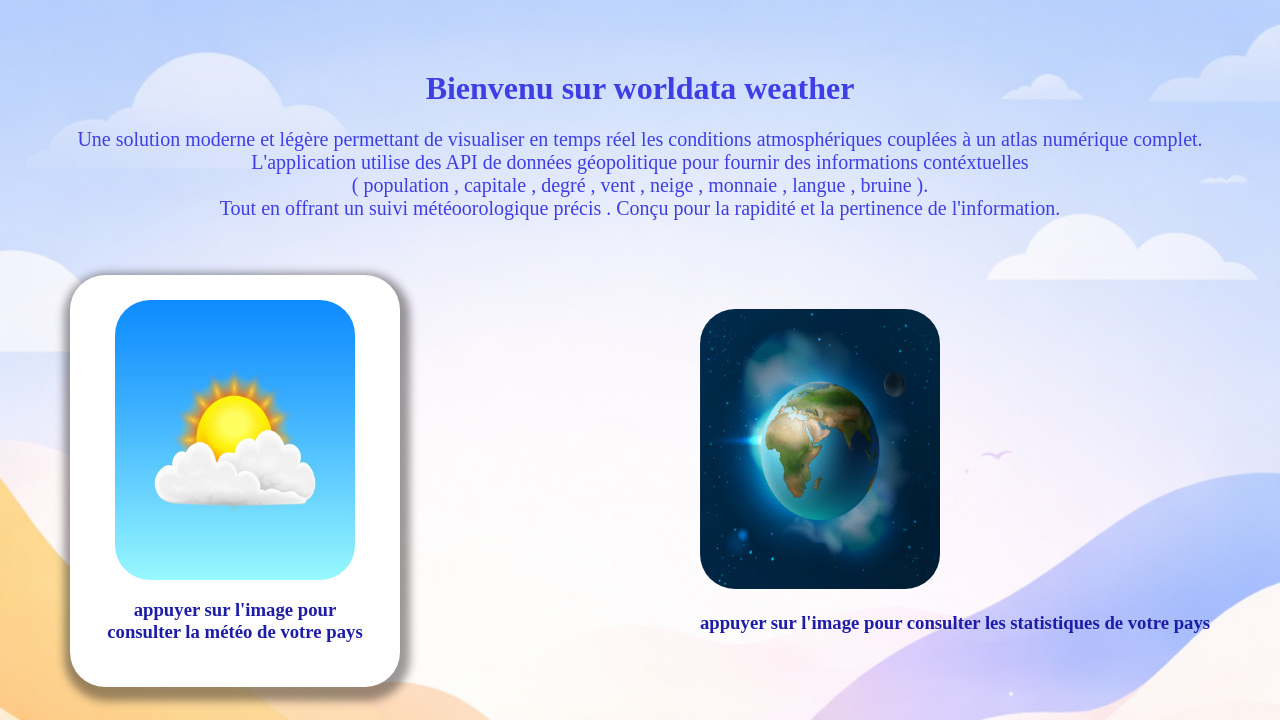
Repository: assanendao171/meteo
Page: index.html
These files come from the project's save history. The page is drawn as it stood at one moment and after the next save; the edit follows.
The browser window is 1280 px wide. The pictures show the whole page.

Above is the page before, as saved 2026-03-18 17:21:29.

### index.html
<!DOCTYPE html>
<html lang="en">
<head>
    <meta charset="UTF-8">
    <meta name="viewport" content="width=device-width, initial-scale=1.0">
    <title>Document</title>
    <link rel="stylesheet" href="style.css">
</head>
<body>
    <h1>Bienvenu sur worldata weather</h1>
    <p>Une solution moderne et légère permettant de visualiser en temps réel les conditions atmosphériques couplées à un atlas numérique
        complet. <br> L'application utilise des API de données géopolitique pour fournir des informations contéxtuelles <br>
        ( population , capitale , degré , vent , neige , monnaie , langue , bruine ). <br>
        Tout en offrant un suivi météoorologique précis . Conçu pour la rapidité et la  pertinence de l'information.
    </p>
    <div id="contain">
        <div id="img1">
            <img src="acceuil.jpg" alt="meteo">
<h3>appuyer sur l'image pour consulter la météo de votre pays</h3>
        </div>
        <div id="ima2">
<img src="18966224.jpg" alt="la terre">
<h3>appuyer sur l'image pour consulter les statistiques de votre pays</h3>


        </div>
    </div>
</body>
</html>

### style.css
body{
    background-image: url("fondacceuil.png");
    background-size: cover;
    background-repeat: no-repeat;
}
img{
    width: 240px;
    height: 280px;
    border-radius: 35px;
}
img:hover{
transform: scale(1.1);
transition: 1.5s;
}
h1{
    text-align: center;
    color: rgb(62, 62, 230);
    font-size:2rem;
        margin-top: 70px;

}
#contain{
    display: flex;
    gap: 300px;
flex-direction: row;
justify-content: center;
align-items: center;
margin-top:55px
}
p{
        font-size: 20px;
    text-align: center;
    color: rgb(62, 62, 230);
}
#img1{
    width: 280px;
    height: auto;
    padding:25px;
    background-color: white;
    display: flex;
    flex-direction: column;
    justify-content: center;
    align-items: center;
    border-radius: 35px;
    box-shadow: rgba(31, 28, 28, 0.445) 2px 6px 8px 8px;

}
h3{
        text-align: center;
    color: rgb(29, 29, 168);
}

After the next save:
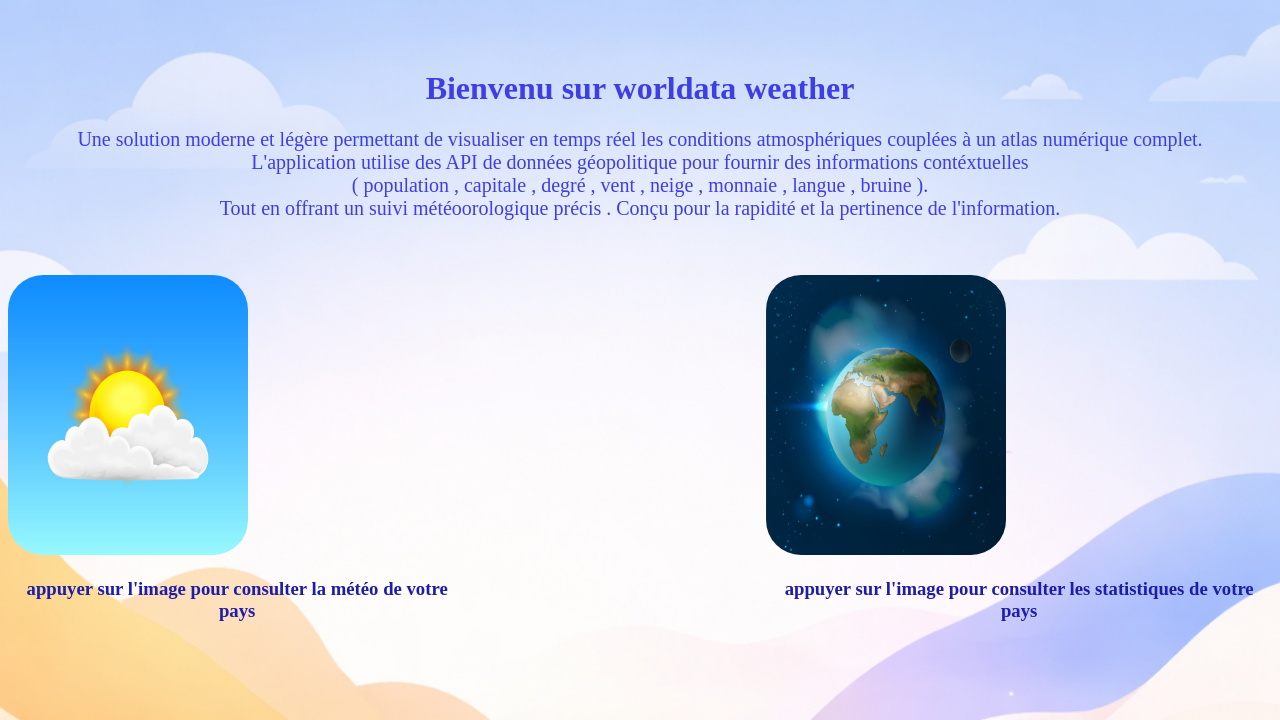
Saved 15 s later.
--- a/style.css
+++ b/style.css
@@ -32,7 +32,7 @@
     text-align: center;
     color: rgb(62, 62, 230);
 }
-#img1{
+#img1,{
     width: 280px;
     height: auto;
     padding:25px;

After the 2 saves that followed:
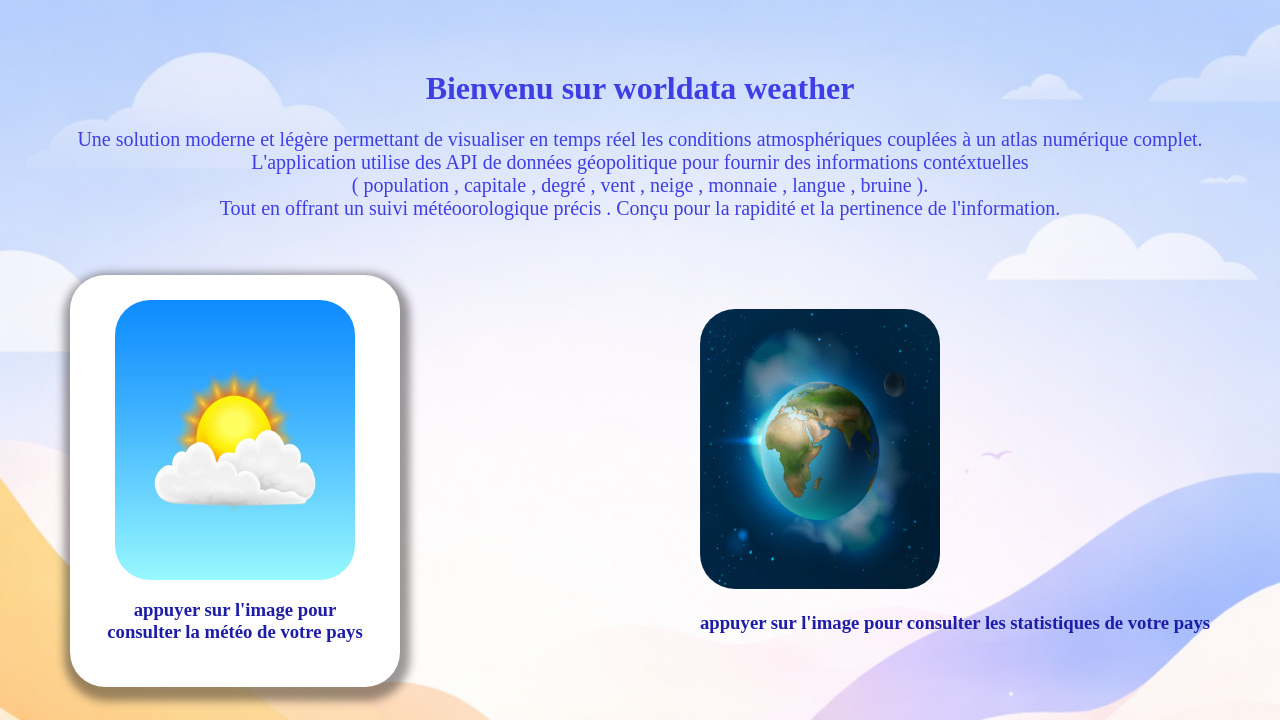
The 2 saves are shown as one change because they came seconds apart.
The last was saved 7 s later.
--- a/style.css
+++ b/style.css
@@ -32,7 +32,7 @@
     text-align: center;
     color: rgb(62, 62, 230);
 }
-#img1,{
+#img1,#img2{
     width: 280px;
     height: auto;
     padding:25px;
